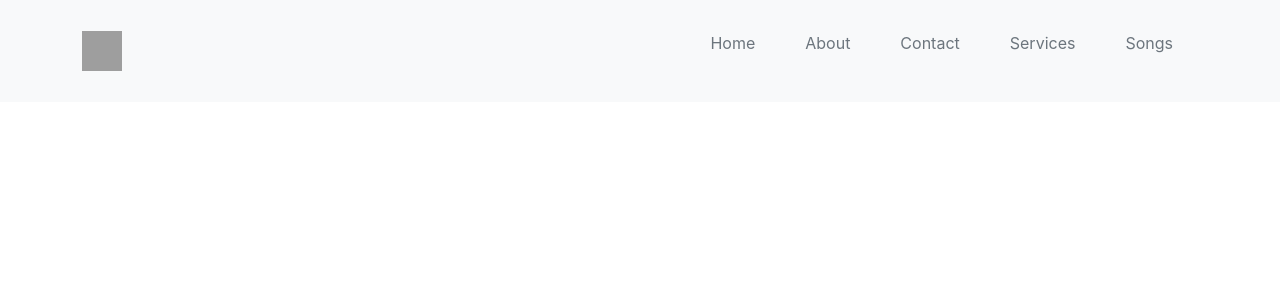
Repository: stephenkayade/cephas-musical
Page: / (app in cephas-musical/)
These files come from the project's save history. The page is drawn as it stood at one moment and after a run of saves; the edit follows.
The browser window is 1280 px wide. The pictures show the whole page.
Pictures or frames that could not be fetched are drawn as grey boxes. The project was rebuilt for these pictures with package versions that can differ from the ones it lists, and the page was loaded fresh each time. A package was used in the major version that the imports need, not the one package.json lists. Also part of the build but not shown: cephas-musical/src/components/Master.jsx.

Above is the page before, as saved 2021-03-09 05:06:00.

After the next 2 saves:
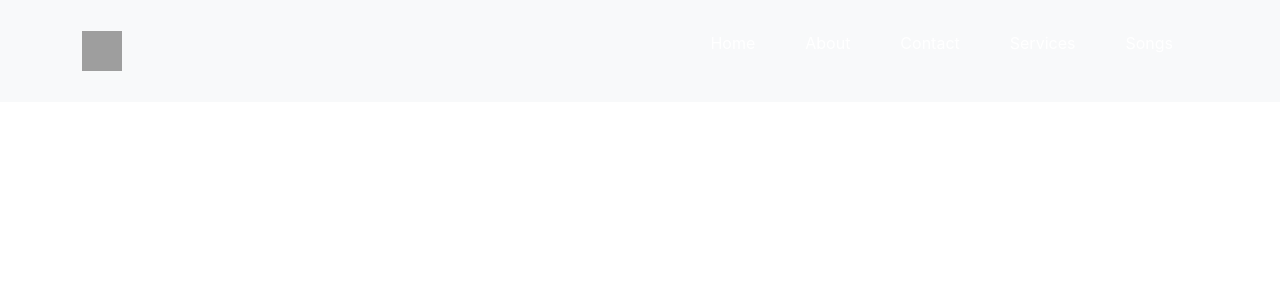
The 2 saves are shown as one change because they came seconds apart.
The last was saved 9 s later.
--- a/cephas-musical/src/components/partials/Navbox.jsx
+++ b/cephas-musical/src/components/partials/Navbox.jsx
@@ -6,7 +6,7 @@ const Navbox = ({LinkUrl, title}) => {
     <>
       <div className="navbox">
         <li>
-          <Link className="px-2 btn text-secondary" to={Link ? LinkUrl : null}>{title ? title : 'invalid'}</Link>
+          <Link className="px-2 btn text-white" to={Link ? LinkUrl : null}>{title ? title : 'invalid'}</Link>
         </li>
       </div>
     </>
